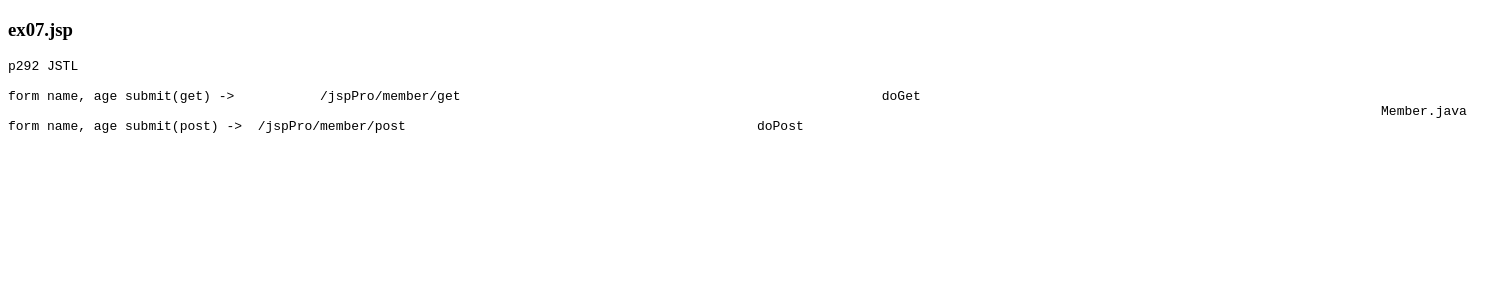
Repository: JavaYoo/kakao-emoticon-web-clone
Page: http://localhost/jspPro/days03/ex07.jsp
These files come from the project's save history. The page is drawn as it stood at one moment and after the next save; the edit follows.
The browser window is 1280 px wide. The page is 1487 px wide, so the pictures cover 1487 px, including what lies to the right of the window. The pictures show the whole page.
The page is served by Tomcat 9. Other server files are loaded and not shown.

Above is the page before, as saved 2022-06-16 06:07:54.

### jspPro/src/main/webapp/days03/ex07.jsp
<%@ page contentType="text/html; charset=UTF-8" pageEncoding="UTF-8"%>
<!DOCTYPE html>
<html>
<head>
<meta charset="UTF-8">
<meta name="viewport" content="width=device-width, initial-scale=1.0">
<title>2022. 6. 16. - 오후 12:45:23</title>
<link rel="shortcut icon "type = "image/x-icon" href = "../images/SiSt.ico">
<script src="https://ajax.googleapis.com/ajax/libs/jquery/3.6.0/jquery.min.js"></script>
</head>
<body>

<h3>ex07.jsp</h3>

<pre>
p292 JSTL

form name, age submit(get) -> 		/jspPro/member/get 							doGet
																						Member.java
form name, age submit(post) -> 	/jspPro/member/post 						doPost

</pre>

</body>
</html>

After the next save:
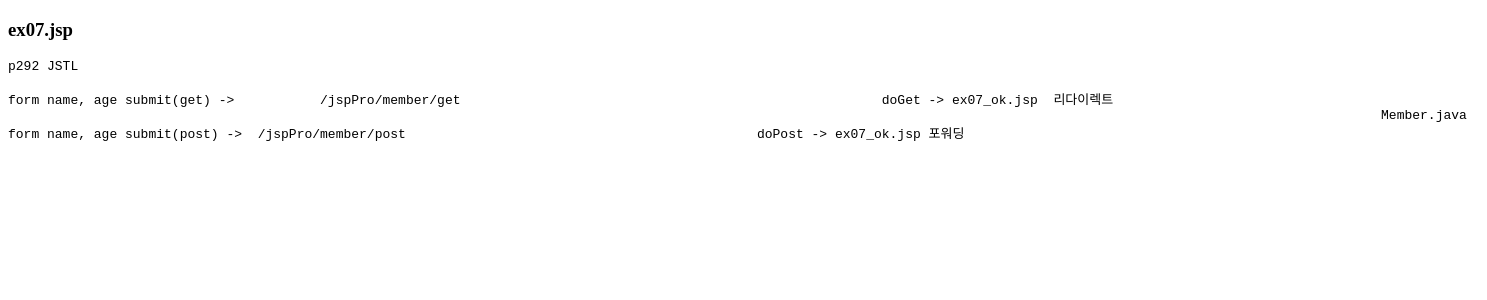
Saved 25 s later.
--- a/jspPro/src/main/webapp/days03/ex07.jsp
+++ b/jspPro/src/main/webapp/days03/ex07.jsp
@@ -15,9 +15,9 @@
 <pre>
 p292 JSTL
 
-form name, age submit(get) -> 		/jspPro/member/get 							doGet
+form name, age submit(get) -> 		/jspPro/member/get 							doGet -> ex07_ok.jsp  리다이렉트
 																						Member.java
-form name, age submit(post) -> 	/jspPro/member/post 						doPost
+form name, age submit(post) -> 	/jspPro/member/post 						doPost -> ex07_ok.jsp 포워딩
 
 </pre>
 
